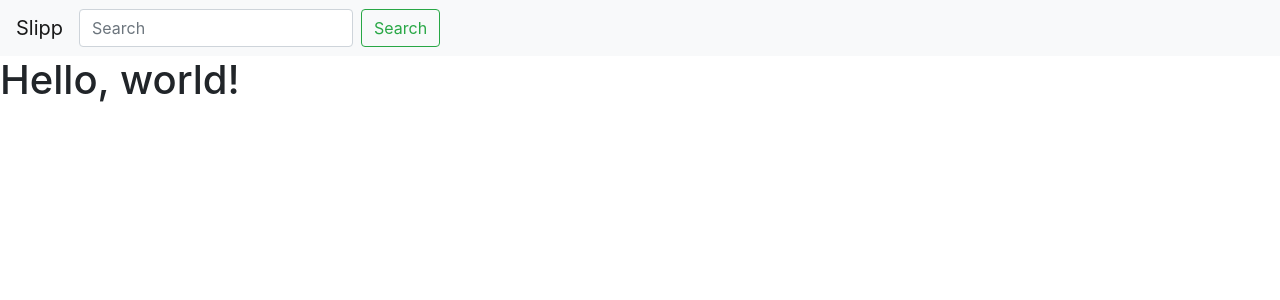
Repository: moonseoklee/SpringbootEx2
Page: my-slipp/src/main/resources/static/index.html
The author's editor kept a copy of each file at every save. The page is drawn from the files as they stood at one save, then again after the next save.
The browser window is 1280 px wide. The pictures show the whole page.

Above is the page before, as saved 2019-08-08 07:05:24.

After the next save:
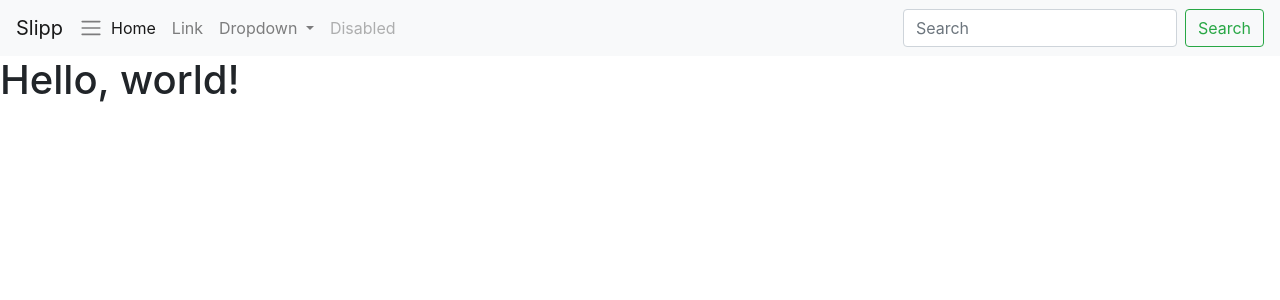
Saved 69 s later.
--- a/my-slipp/src/main/resources/static/index.html
+++ b/my-slipp/src/main/resources/static/index.html
@@ -13,12 +13,33 @@
   <body>
   <nav class="navbar navbar-expand-lg navbar-light bg-light">
   <a class="navbar-brand" href="#">Slipp</a>
-  <button class="navbar-toggler" type="button" data-toggle="collapse" data-target="#navbarSupportedContent" aria-controls="navbarSupportedContent" aria-expanded="false" aria-label="Toggle navigation">
+
     <span class="navbar-toggler-icon"></span>
   </button>
 
   <div class="collapse navbar-collapse" id="navbarSupportedContent">
-
+    <ul class="navbar-nav mr-auto">
+      <li class="nav-item active">
+        <a class="nav-link" href="#">Home <span class="sr-only">(current)</span></a>
+      </li>
+      <li class="nav-item">
+        <a class="nav-link" href="#">Link</a>
+      </li>
+      <li class="nav-item dropdown">
+        <a class="nav-link dropdown-toggle" href="#" id="navbarDropdown" role="button" data-toggle="dropdown" aria-haspopup="true" aria-expanded="false">
+          Dropdown
+        </a>
+        <div class="dropdown-menu" aria-labelledby="navbarDropdown">
+          <a class="dropdown-item" href="#">Action</a>
+          <a class="dropdown-item" href="#">Another action</a>
+          <div class="dropdown-divider"></div>
+          <a class="dropdown-item" href="#">Something else here</a>
+        </div>
+      </li>
+      <li class="nav-item">
+        <a class="nav-link disabled" href="#" tabindex="-1" aria-disabled="true">Disabled</a>
+      </li>
+    </ul>
     <form class="form-inline my-2 my-lg-0">
       <input class="form-control mr-sm-2" type="search" placeholder="Search" aria-label="Search">
       <button class="btn btn-outline-success my-2 my-sm-0" type="submit">Search</button>

After the save that followed:
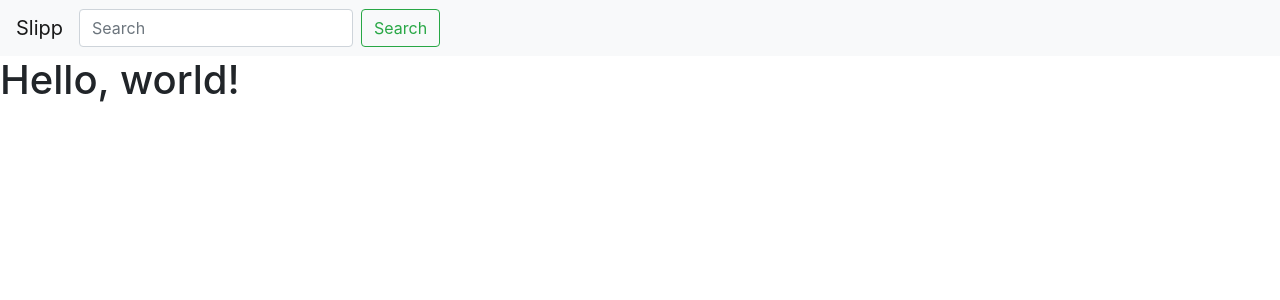
Saved 28 s later.
--- a/my-slipp/src/main/resources/static/index.html
+++ b/my-slipp/src/main/resources/static/index.html
@@ -14,32 +14,8 @@
   <nav class="navbar navbar-expand-lg navbar-light bg-light">
   <a class="navbar-brand" href="#">Slipp</a>
 
-    <span class="navbar-toggler-icon"></span>
-  </button>
+  <div class="collapse navbar-collapse" id="navbarSupportedContent">
 
-  <div class="collapse navbar-collapse" id="navbarSupportedContent">
-    <ul class="navbar-nav mr-auto">
-      <li class="nav-item active">
-        <a class="nav-link" href="#">Home <span class="sr-only">(current)</span></a>
-      </li>
-      <li class="nav-item">
-        <a class="nav-link" href="#">Link</a>
-      </li>
-      <li class="nav-item dropdown">
-        <a class="nav-link dropdown-toggle" href="#" id="navbarDropdown" role="button" data-toggle="dropdown" aria-haspopup="true" aria-expanded="false">
-          Dropdown
-        </a>
-        <div class="dropdown-menu" aria-labelledby="navbarDropdown">
-          <a class="dropdown-item" href="#">Action</a>
-          <a class="dropdown-item" href="#">Another action</a>
-          <div class="dropdown-divider"></div>
-          <a class="dropdown-item" href="#">Something else here</a>
-        </div>
-      </li>
-      <li class="nav-item">
-        <a class="nav-link disabled" href="#" tabindex="-1" aria-disabled="true">Disabled</a>
-      </li>
-    </ul>
     <form class="form-inline my-2 my-lg-0">
       <input class="form-control mr-sm-2" type="search" placeholder="Search" aria-label="Search">
       <button class="btn btn-outline-success my-2 my-sm-0" type="submit">Search</button>
